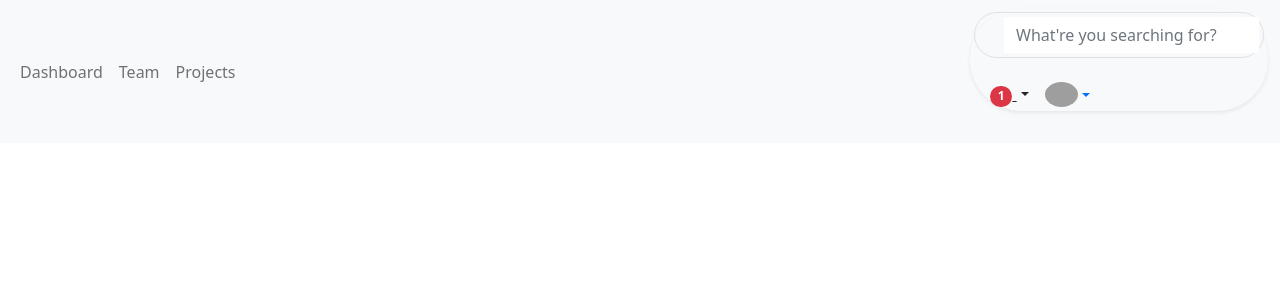
Repository: AlisaSkryp/photoblog
Page: index.html
An editor plug-in stored every save of this project. The page is shown before and after the next save, followed by the edit.
The browser window is 1280 px wide. The pictures show the whole page.
Pictures or frames that could not be fetched are drawn as grey boxes.

Above is the page before, as saved 2023-04-09 18:48:37.

### index.html
<!DOCTYPE html>
<html lang="en">
<head>
	<meta charset="UTF-8">
	<meta http-equiv="X-UA-Compatible" content="IE=edge">
	<meta name="viewport" content="width=device-width, initial-scale=1.0">
	<link href="https://cdn.jsdelivr.net/npm/bootstrap@5.0.2/dist/css/bootstrap.min.css" rel="stylesheet" integrity="sha384-EVSTQN3/azprG1Anm3QDgpJLIm9Nao0Yz1ztcQTwFspd3yD65VohhpuuCOmLASjC" crossorigin="anonymous">
<link href="https://cdnjs.cloudflare.com/ajax/libs/font-awesome/4.7.0/css/font-awesome.min.css">
<link rel="stylesheet" href="style.css">
</head>
<body>


<header>
	<!-- Navbar -->
<nav class="navbar navbar-expand-lg navbar-light bg-light">
  <!-- Container wrapper -->
  <div class="container-fluid">
    <!-- Toggle button -->
    <button
      class="navbar-toggler"
      type="button"
      data-mdb-toggle="collapse"
      data-mdb-target="#navbarSupportedContent"
      aria-controls="navbarSupportedContent"
      aria-expanded="false"
      aria-label="Toggle navigation"
    >
      <i class="fas fa-bars"></i>
    </button>

    <!-- Collapsible wrapper -->
    <div class="collapse navbar-collapse" id="navbarSupportedContent">
      <!-- Left links -->
      <ul class="navbar-nav me-auto mb-2 mb-lg-0">
        <li class="nav-item">
          <a class="nav-link" href="#">Dashboard</a>
        </li>
        <li class="nav-item">
          <a class="nav-link" href="#">Team</a>
        </li>
        <li class="nav-item">
          <a class="nav-link" href="#">Projects</a>
        </li>
      </ul>
      <!-- Left links -->
    </div>
    <!-- Collapsible wrapper -->
     <!-- Custom rounded search bars with input group -->
		 <form action="">
			<div class="p-1 bg-light rounded rounded-pill shadow-sm mb-4">
			<div class="input-group mb-4 border rounded-pill p-1">
				<div class="input-group-prepend border-0">
					<button id="button-addon4" type="button" class="btn btn-link text-info"><i class="fa fa-search"></i></button>
				</div>
				<input type="search" placeholder="What're you searching for?" aria-describedby="button-addon4" class="form-control bg-none border-0">
			</div>
		</form>
    <!-- Right elements -->
    <div class="d-flex align-items-center">
      <!-- Icon -->
      <a class="text-reset me-3" href="#">
        <i class="fas fa-shopping-cart"></i>
      </a>

      <!-- Notifications -->
      <div class="dropdown">
        <a
          class="text-reset me-3 dropdown-toggle hidden-arrow"
          href="#"
          id="navbarDropdownMenuLink"
          role="button"
          data-mdb-toggle="dropdown"
          aria-expanded="false"
        >
          <i class="fas fa-bell"></i>
          <span class="badge rounded-pill badge-notification bg-danger">1</span>
        </a>
        <ul
          class="dropdown-menu dropdown-menu-end"
          aria-labelledby="navbarDropdownMenuLink"
        >
          <li>
            <a class="dropdown-item" href="#">Some news</a>
          </li>
          <li>
            <a class="dropdown-item" href="#">Another news</a>
          </li>
          <li>
            <a class="dropdown-item" href="#">Something else here</a>
          </li>
        </ul>
      </div>
      <!-- Avatar -->
      <div class="dropdown">
        <a
          class="dropdown-toggle d-flex align-items-center hidden-arrow"
          href="#"
          id="navbarDropdownMenuAvatar"
          role="button"
          data-mdb-toggle="dropdown"
          aria-expanded="false"
        >
          <img
            src="https://mdbcdn.b-cdn.net/img/new/avatars/2.webp"
            class="rounded-circle"
            height="25"
            alt="Black and White Portrait of a Man"
            loading="lazy"
          />
        </a>
        <ul
          class="dropdown-menu dropdown-menu-end"
          aria-labelledby="navbarDropdownMenuAvatar"
        >
          <li>
            <a class="dropdown-item" href="#">My profile</a>
          </li>
          <li>
            <a class="dropdown-item" href="#">Settings</a>
          </li>
          <li>
            <a class="dropdown-item" href="#">Logout</a>
          </li>
        </ul>
      </div>
    </div>
    <!-- Right elements -->
  </div>
  <!-- Container wrapper -->
</nav>
<!-- Navbar -->
</header>
	<script src="https://cdn.jsdelivr.net/npm/bootstrap@5.0.2/dist/js/bootstrap.bundle.min.js" integrity="sha384-MrcW6ZMFYlzcLA8Nl+NtUVF0sA7MsXsP1UyJoMp4YLEuNSfAP+JcXn/tWtIaxVXM" crossorigin="anonymous"></script>
</body>
</html>

### style.css

.form-control:focus {
  box-shadow: none;
}

.form-control-underlined {
  border-width: 0;
  border-bottom-width: 1px;
  border-radius: 0;
  padding-left: 0;
}

After the next save:
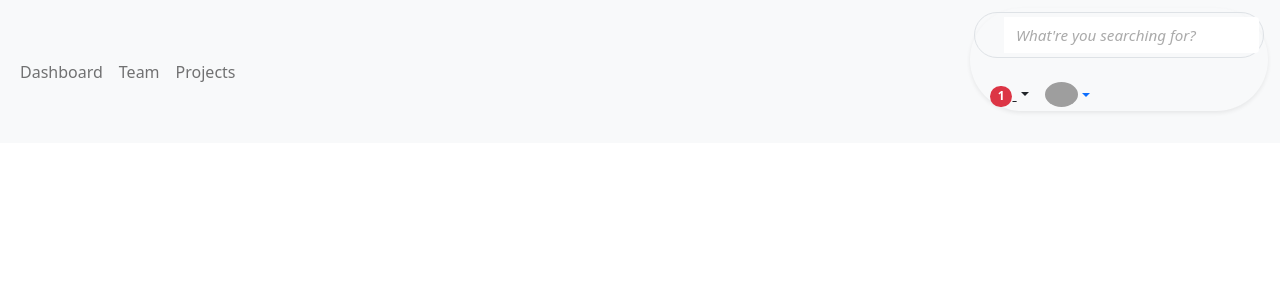
Saved 7 s later.
--- a/style.css
+++ b/style.css
@@ -9,3 +9,8 @@
   border-radius: 0;
   padding-left: 0;
 }
+.form-control::placeholder {
+  font-size: 0.95rem;
+  color: #aaa;
+  font-style: italic;
+}
